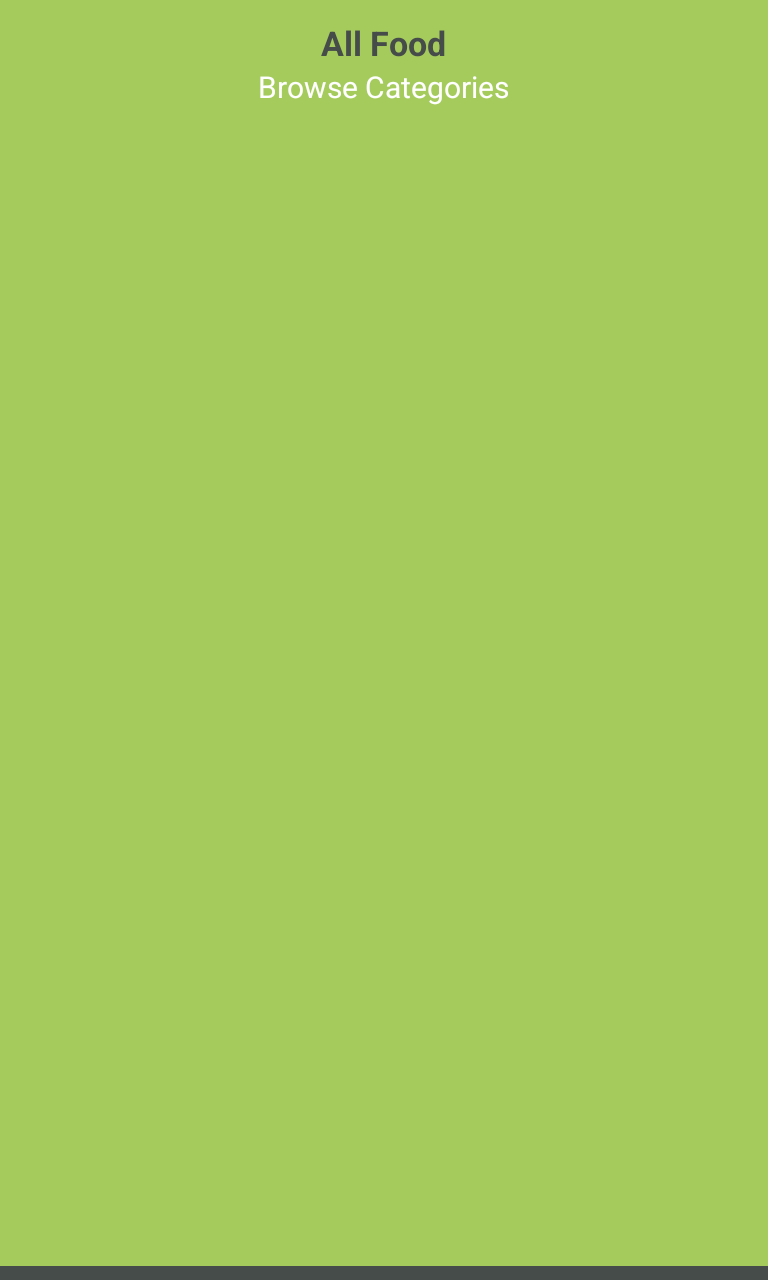
Repository: ShelfLifeApp/ShelfLife-Android
Layout: Implementation/ShelfLifeAndroid/res/layout/listview_header.xml
These files come from the project's save history. The layout is drawn as it stood at one moment and after the next save; the edit follows.
It is drawn on a 768 x 1280 px phone screen (xhdpi) without system bars, with theme Theme.Sherlock.Light; the app's code is not run.

Above is the layout before, as saved 2013-05-13 03:53:15.

### Implementation/ShelfLifeAndroid/res/layout/listview_header.xml
<?xml version="1.0" encoding="utf-8"?>
<LinearLayout xmlns:android="http://schemas.android.com/apk/res/android"
    android:layout_width="match_parent"
    android:layout_height="60dip"
    android:orientation="vertical"
    android:background="@drawable/list_header_background"
    >
    <LinearLayout
        android:layout_height="wrap_content"
        android:layout_width="match_parent"
        android:orientation="vertical"
        android:gravity="center"
        android:layout_gravity="center_vertical"
        android:layout_margin="10dip"
        android:paddingBottom="10dip">
	    <TextView
	        android:id="@+id/listview_header_title"
	        android:layout_width="wrap_content"
	        android:layout_height="wrap_content"
	        android:text="All Food"
	        android:textSize="17sp"
	        android:textStyle="bold"
	        android:textColor="@color/list_header_title_color"
	    />

	    <TextView
	        android:id="@+id/listview_header_subtitle"
	        android:layout_width="wrap_content"
	        android:layout_height="wrap_content"
	        android:text="Browse Categories"
	        android:textSize="15sp"
	        android:textColor="@color/list_header_subtitle_color"
	    />
    </LinearLayout>

</LinearLayout>

### Implementation/ShelfLifeAndroid/res/drawable/list_header_background.xml
<?xml version="1.0" encoding="utf-8"?>
<layer-list xmlns:android="http://schemas.android.com/apk/res/android" >

    <!-- CREATE A RECTANGLE WITH YOUR BORDER COLOR -->
    <item>
        <shape android:shape="rectangle" >
            <solid android:color="@color/list_header_divider"/>
        </shape>
    </item>

    <!-- NOW DEFINE THE NORMAL COLOR-->
    <item android:bottom="7dp">
        <shape android:shape="rectangle" >
            <solid android:color="@color/list_header_background"/>
        </shape>
    </item>
</layer-list>

### Implementation/ShelfLifeAndroid/res/values/colors.xml
<?xml version="1.0" encoding="utf-8"?>
<resources>

    <color name="listitem_background_content">#FFFFFF</color>
    <color name="listitem_background">#f1f0f2</color>

    <color name="list_header_background">#a5cb5d</color>
    <color name="list_header_divider">#464c49</color>
    <color name="list_header_title_color">#464c49</color>
    <color name="list_header_subtitle_color">#ffffff</color>

</resources>

After the next save:
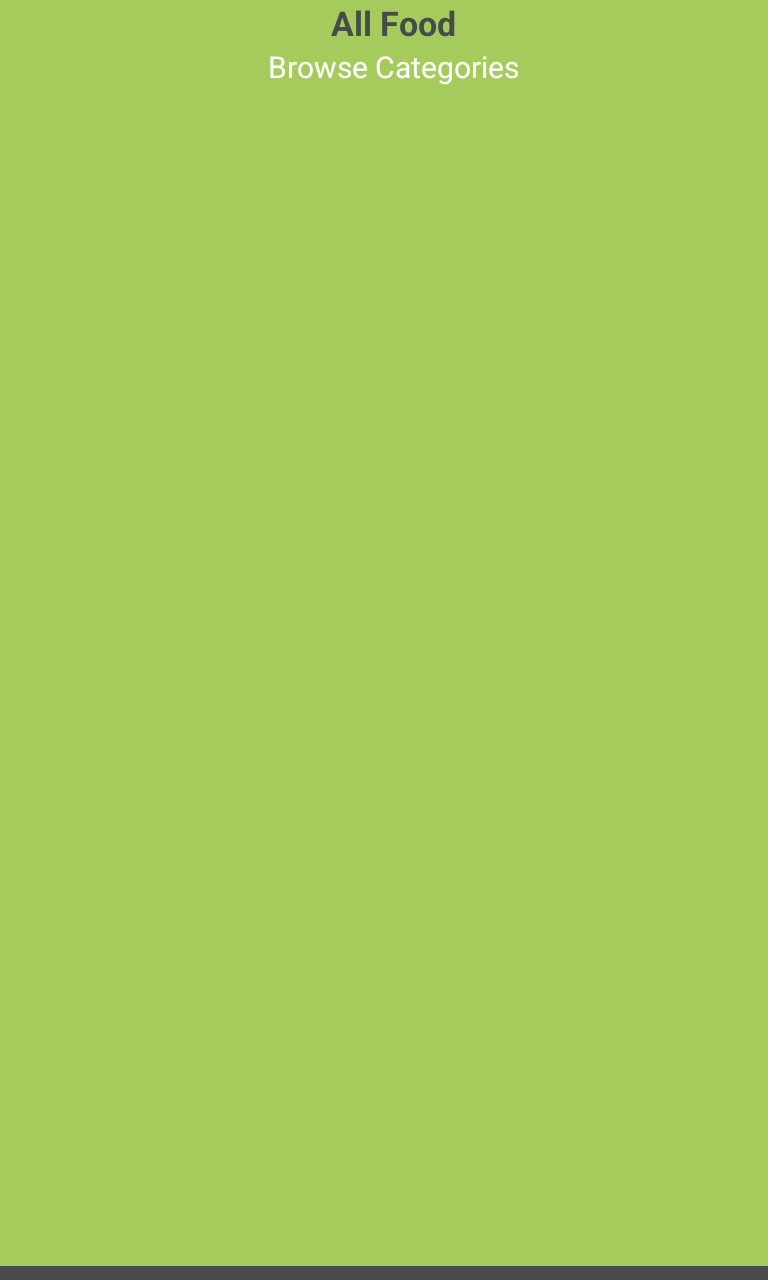
Saved 43 s later.
--- a/Implementation/ShelfLifeAndroid/res/layout/listview_header.xml
+++ b/Implementation/ShelfLifeAndroid/res/layout/listview_header.xml
@@ -11,7 +11,7 @@
         android:orientation="vertical"
         android:gravity="center"
         android:layout_gravity="center_vertical"
-        android:layout_margin="10dip"
+		android:paddingLeft="10dip"
         android:paddingBottom="10dip">
 	    <TextView
 	        android:id="@+id/listview_header_title"
